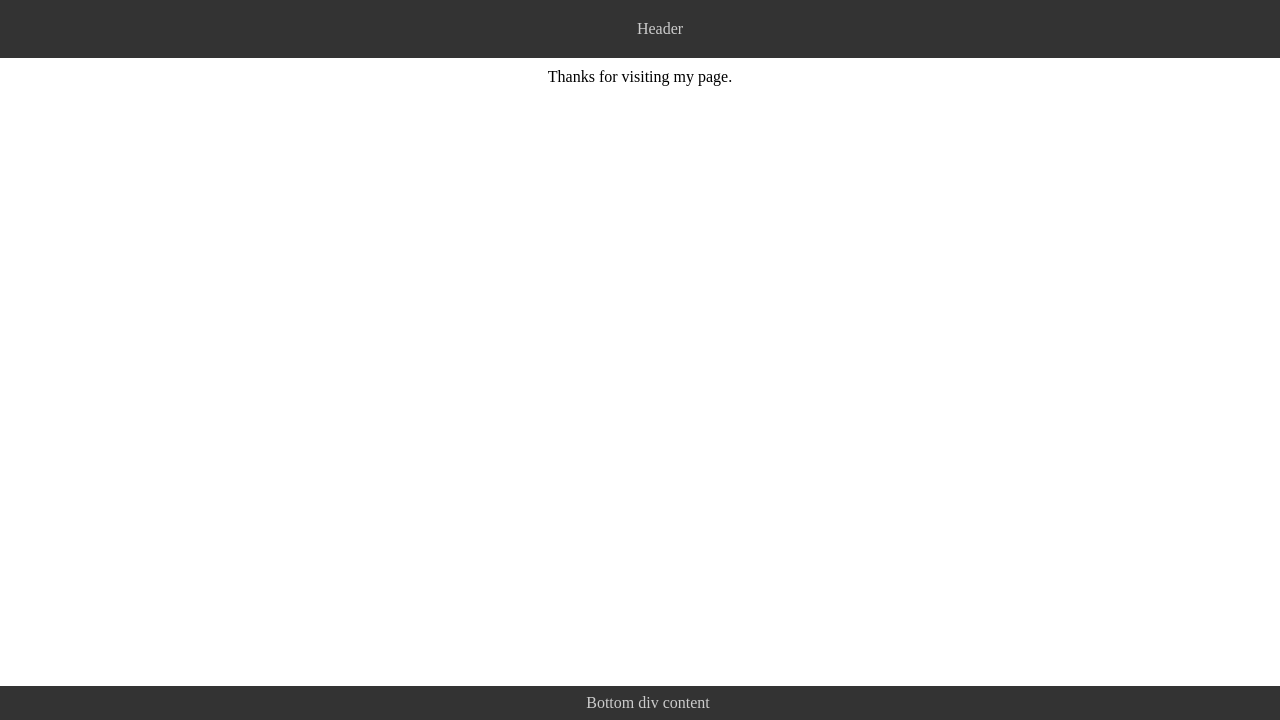
Repository: movitkr/testjava
Page: http://localhost/JavaSP/main.jsp
These files come from the project's save history. The page is drawn as it stood at one moment and after the next save; the edit follows.
The browser window is 1280 px wide. The pictures show the whole page.
The page is served by Tomcat 9.

Above is the page before, as saved 2016-02-03 10:16:14.

### JavaSP/WebContent/main.jsp
<%@ page language="java" contentType="text/html; charset=UTF-8"
    pageEncoding="UTF-8"%>
<!DOCTYPE html PUBLIC "-//W3C//DTD HTML 4.01 Transitional//EN" "http://www.w3.org/TR/html4/loose.dtd">
<html>
<head>
<meta http-equiv="Content-Type" content="text/html; charset=UTF-8">
<title>Insert title here</title>
</head>
<body>
<%@ include file="header.jsp" %>
<center>
<p>Thanks for visiting my page.</p>
</center>
<%@ include file="footer.jsp" %>
</body>
</html>

### JavaSP/WebContent/header.jsp
<%@ page language="java" contentType="text/html; charset=UTF-8"
    pageEncoding="UTF-8"%>
<!DOCTYPE html PUBLIC "-//W3C//DTD HTML 4.01 Transitional//EN" "http://www.w3.org/TR/html4/loose.dtd">
<html>
<style type="text/css">
div#fixedheader {
	position:fixed;
	top:0px;
	left:0px;
	width:100%;
	color:#CCC;
	background:#333;
	padding:20px;
}

</style>
<head>
<title>The include Directive Example</title>
</head>
<body>
<center>
<p>
<div id="fixedheader">Header</div>
</p>
</center>
<br/><br/>

### JavaSP/WebContent/footer.jsp
<%@ page language="java" contentType="text/html; charset=UTF-8"
    pageEncoding="UTF-8"%>
<!DOCTYPE html PUBLIC "-//W3C//DTD HTML 4.01 Transitional//EN" "http://www.w3.org/TR/html4/loose.dtd">
<html>
<style type="text/css">

div#fixedfooter {
	position:fixed;
	bottom:0px;
	left:0px;
	width:100%;
	color:#CCC;
	background:#333;
	padding:8px;
}
</style>
<head>
<meta http-equiv="Content-Type" content="text/html; charset=UTF-8">
<title>Insert title here</title>
</head>
<body>
<br/><br/>
<center>
<p>
<div id="fixedfooter">Bottom div content</div>
</p>
</center>
</body>
</html>

### JavaSP/WebContent/nav.html
<!DOCTYPE html>
<html>
<head>
<link rel="stylesheet" type="text/css" href="a.css">
</head>

<nav>
  <ul>
    <li>
       <a href="#">Home</a>
    </li>
    <li>
      <a href="#">Print Design</a>
    </li>
    <li>
      <a href="#">Web Design</a>
    </li>
    <li>
      <a href="#">Bio</a>
    </li>
    <li>
      <a href="#">Contact</a>
    </li>
  </ul>
</nav>

</html>

### JavaSP/WebContent/a.css
body {

  width: 100%;

  max-width: 960px;

  margin: 0 auto; }

nav {

  width: 100%;

  margin: 20px 0; }

nav ul {

  list-style: none;

  overflow: hidden; }

nav ul li {

  float: left;

  width: 20%; }

nav ul li a {

  text-align: center;

  padding: 8px 0;

  display: block;

  width: 100%;

  background: #cdeb8e; /* Old browsers */

  background: -moz-linear-gradient(top, #cdeb8e 0%, #b0ca34 100%); /* FF3.6+ */

  background: -webkit-gradient(linear, left top, left bottom, color-stop(0%,#cdeb8e), color-stop(100%,#b0ca34)); /* Chrome,Safari4+ */

  background: -webkit-linear-gradient(top, #cdeb8e 0%,#b0ca34 100%); /* Chrome10+,Safari5.1+ */

  background: -o-linear-gradient(top, #cdeb8e 0%,#b0ca34 100%); /* Opera 11.10+ */

  background: linear-gradient(to bottom, #cdeb8e 0%,#b0ca34 100%); /* W3C, IE10+ */

  filter: progid:DXImageTransform.Microsoft.gradient( startColorstr='#cdeb8e', endColorstr='#b0ca34',GradientType=0 ); /* IE6-9 */

  endColorstr='#b0ca34',GradientType=0 ); /* IE6-9 */

}

nav ul li a,

nav ul li a:focus,

nav ul li a:visited,

nav ul li a:hover,

nav ul li a:active {

  color: #000;

  text-decoration: none; }

nav ul li a:hover,

nav ul li a:active {

  background: #b0ca34; /* Old browsers */

  background: -moz-linear-gradient(top, #b0ca34 0%, #96c40d 100%); /* FF3.6+ */

  background: -webkit-gradient(linear, left top, left bottom, color-stop(0%,#b0ca34), color-stop(100%,#96c40d)); /* Chrome,Safari4+ */

  background: -webkit-linear-gradient(top, #b0ca34 0%,#96c40d 100%); /* Chrome10+,Safari5.1+ */

  background: -o-linear-gradient(top, #b0ca34 0%,#96c40d 100%); /* Opera 11.10+ */

  background: linear-gradient(to bottom, #b0ca34 0%,#96c40d 100%); /* W3C, IE10+ */

  filter: progid:DXImageTransform.Microsoft.gradient( startColorstr='#b0ca34', endColorstr='#96c40d',GradientType=0 ); /* IE6-9 */

}

nav ul li:first-child a {

  border-top-left-radius: 8px;

  border-bottom-left-radius: 8px; }

nav ul li:last-child a {

  border-top-right-radius: 8px;

  border-bottom-right-radius: 8px; }

After the next save:
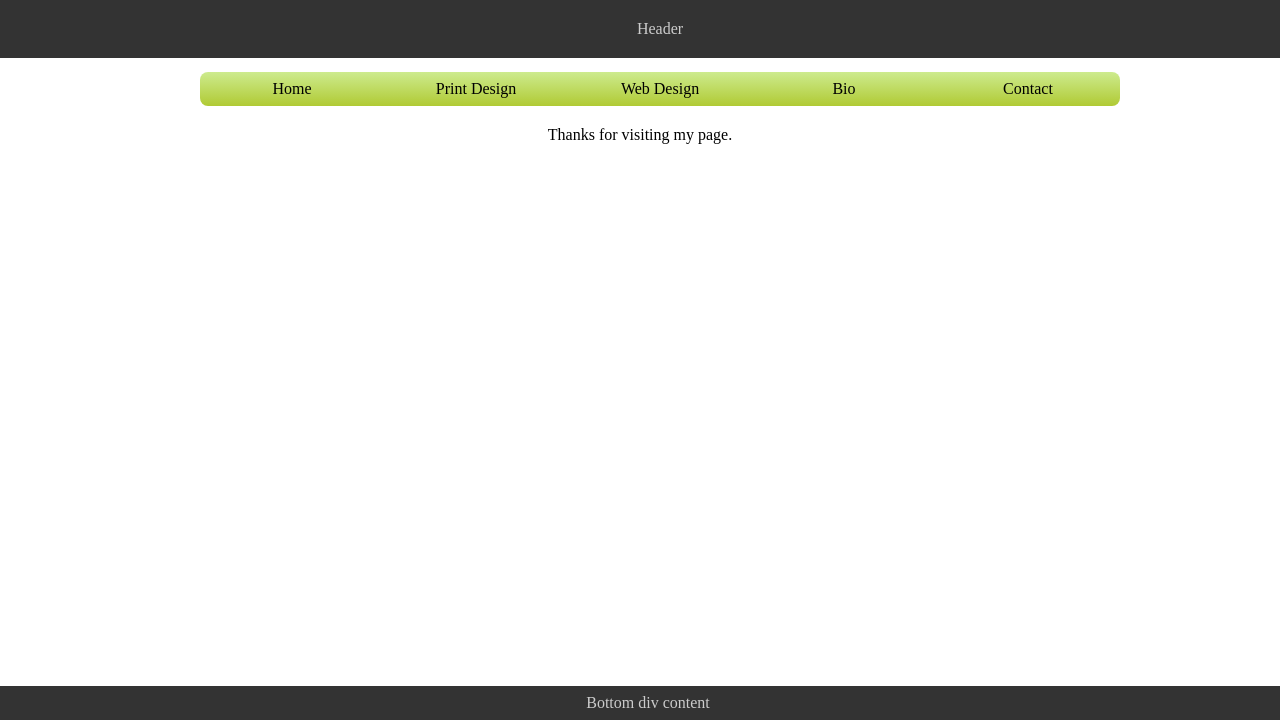
Saved 57 s later.
--- a/JavaSP/WebContent/main.jsp
+++ b/JavaSP/WebContent/main.jsp
@@ -8,6 +8,7 @@
 </head>
 <body>
 <%@ include file="header.jsp" %>
+<%@ include file="nav.html" %>
 <center>
 <p>Thanks for visiting my page.</p>
 </center>
